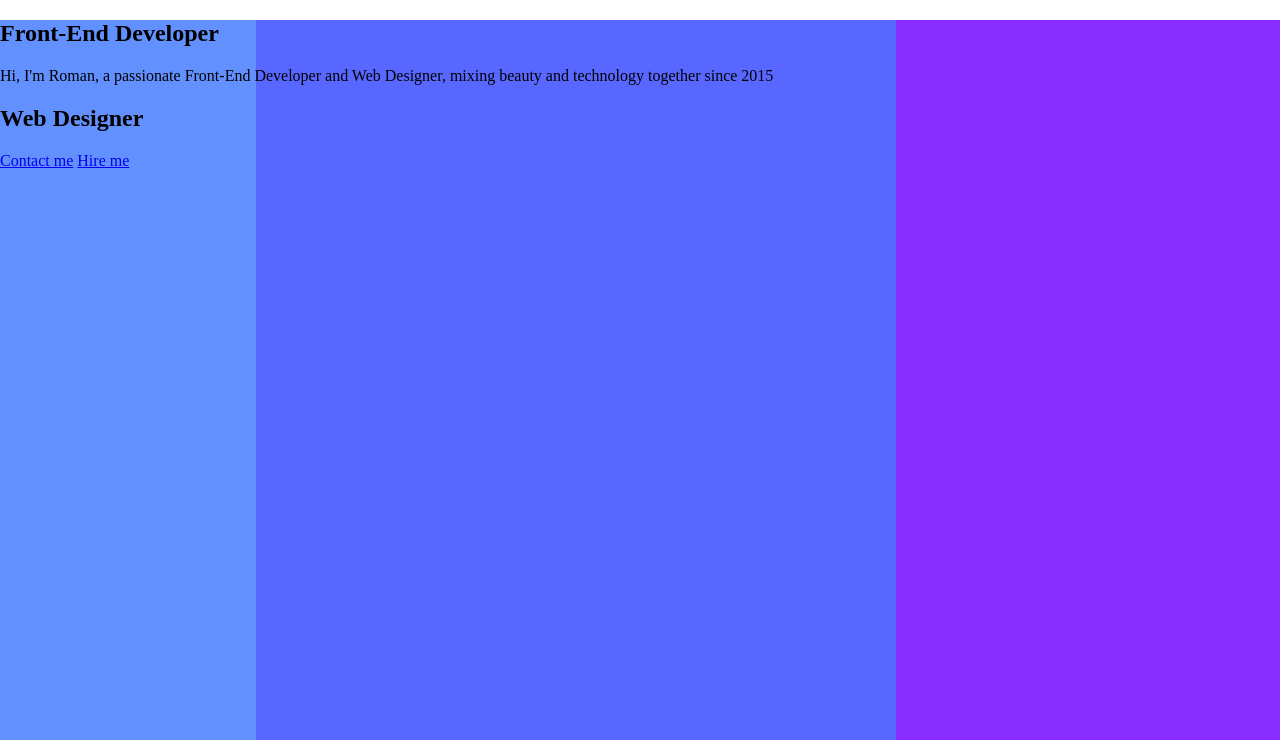
Repository: RShalman/rshalman.github.io
Page: index.html
These files come from the project's save history. The page is drawn as it stood at one moment and after the next save; the edit follows.
The browser window is 1280 px wide. The pictures show the whole page.

Above is the page before, as saved 2018-10-18 13:52:55.

After the next save:
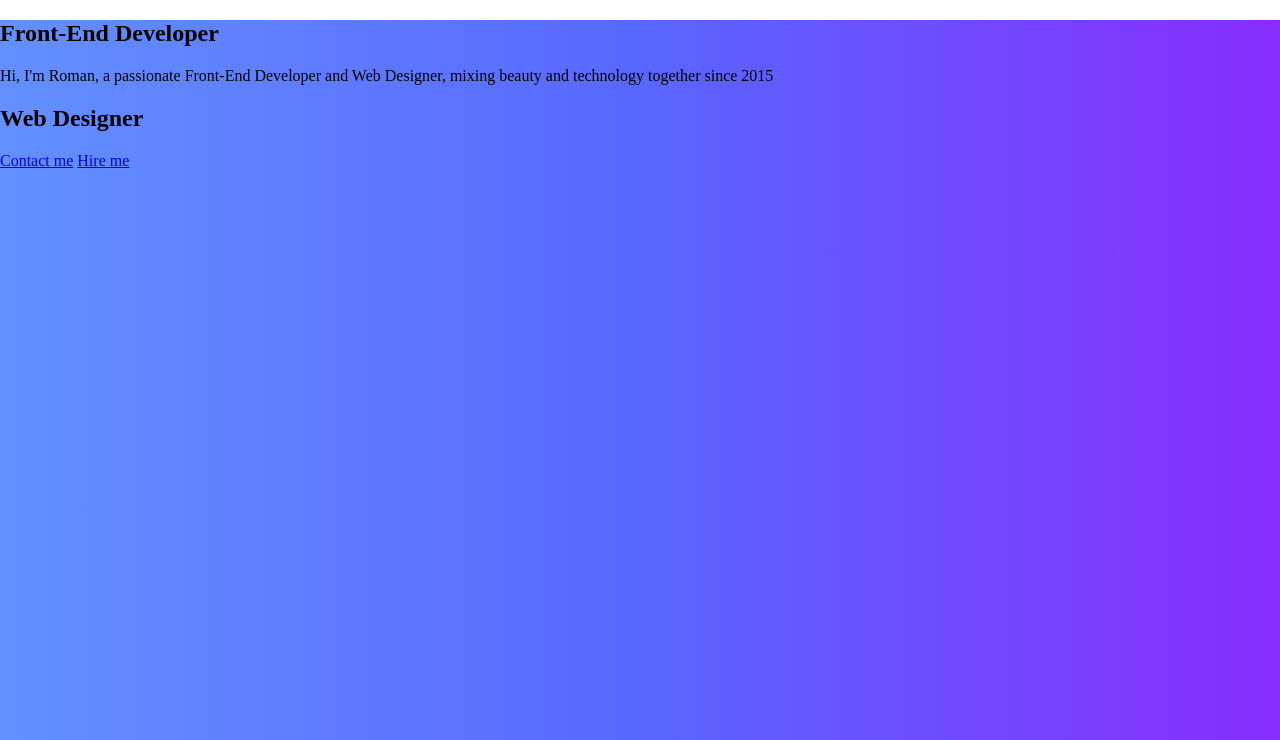
Saved 7 min 16 s later.
--- a/css/main.css
+++ b/css/main.css
@@ -16,5 +16,5 @@ section {
 /* ----------------------- INTRO SECTION ----------------------- */
 /* Settings for intro section container */
 #intro {
-    background: linear-gradient(to right, rgba(99,144,255,1) 0%, rgba(99,144,255,1) 20%, rgba(88,103,255,1) 20%, rgba(88,103,255,1) 20%, rgba(88,103,255,1) 70%, rgba(136,44,255,1) 70%, rgba(136,44,255,1) 100%);
+    background: linear-gradient(to right, rgba(99,144,255,1), rgba(88,103,255,1), rgba(136,44,255,1));
 }
